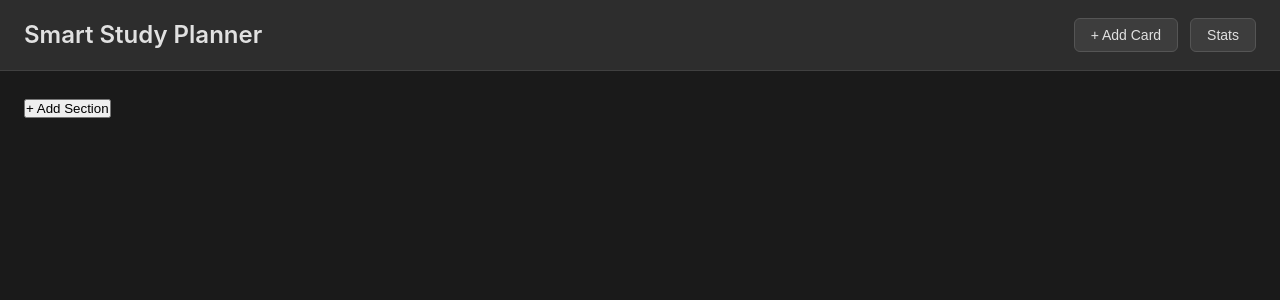
Repository: P7XCKD/edunetwebdev
Page: index.html
An editor plug-in stored every save of this project. The page is shown before and after the next save, followed by the edit.
The browser window is 1280 px wide. The pictures show the whole page.

Above is the page before, as saved 2025-09-10 17:50:52.
Console error: TypeError: Cannot read properties of null (reading 'querySelectorAll')

### index.html
<!DOCTYPE html>
<html lang="en">
<head>
    <meta charset="UTF-8">
    <meta name="viewport" content="width=device-width, initial-scale=1.0">
    <title>Smart Study Planner</title>
    <link rel="stylesheet" href="style.css">
</head>
<body>
    <div class="app-container">
        <header class="app-header">
            <h1>Smart Study Planner</h1>
            <div class="header-actions">
                <button id="addCardBtn" class="add-card-btn">+ Add Card</button>
                <button id="statsBtn" class="stats-btn">Stats</button>
            </div>
        </header>

        <main class="kanban-board" id="kanbanBoard">
            <!-- Columns will be dynamically generated -->
            <div class="add-column-section">
                <button class="add-column-btn" id="addColumnBtn">+ Add Section</button>
            </div>
        </main>
    </div>

    <!-- Column Edit Modal -->
    <div id="columnModal" class="modal">
        <div class="modal-content">
            <div class="modal-header">
                <h2 id="columnModalTitle">Add New Section</h2>
                <button class="close-btn" id="closeColumnModal">&times;</button>
            </div>
            <div class="modal-body">
                <form id="columnForm">
                    <div class="form-group">
                        <label for="columnName">Section Name *</label>
                        <input type="text" id="columnName" placeholder="e.g., To Do, In Progress, Review" required>
                    </div>

                    <div class="form-group">
                        <label for="columnColor">Section Color</label>
                        <select id="columnColor">
                            <option value="default">Default (Gray)</option>
                            <option value="blue">Blue</option>
                            <option value="green">Green</option>
                            <option value="orange">Orange</option>
                            <option value="purple">Purple</option>
                            <option value="red">Red</option>
                            <option value="teal">Teal</option>
                            <option value="pink">Pink</option>
                        </select>
                    </div>
                </form>
            </div>
            <div class="modal-footer">
                <button type="button" id="deleteColumn" class="delete-btn">DELETE SECTION</button>
                <div class="modal-actions">
                    <button type="button" id="cancelColumn" class="cancel-btn">CANCEL</button>
                    <button type="button" id="saveColumn" class="save-btn">SAVE</button>
                </div>
            </div>
        </div>
    </div>

    <!-- Card Modal -->
    <div id="cardModal" class="modal">
        <div class="modal-content">
            <div class="modal-header">
                <h2 id="modalTitle">Card Details</h2>
                <button class="close-btn" id="closeModal">&times;</button>
            </div>
            <div class="modal-body">
                <form id="cardForm">
                    <div class="form-group">
                        <label for="cardTitle">Title *</label>
                        <input type="text" id="cardTitle" required>
                    </div>

                    <div class="form-row">
                        <div class="form-group">
                            <label for="cardDueDate">Due date</label>
                            <input type="date" id="cardDueDate">
                        </div>
                        <div class="form-group">
                            <label for="cardPriority">Priority</label>
                            <select id="cardPriority">
                                <option value="low">Low</option>
                                <option value="medium" selected>Medium</option>
                                <option value="high">High</option>
                            </select>
                        </div>
                    </div>

                    <div class="form-group">
                        <label for="cardSubject">Subject</label>
                        <input type="text" id="cardSubject" placeholder="e.g., Mathematics, Physics">
                    </div>

                    <div class="form-group">
                        <label for="cardDescription">Description</label>
                        <textarea id="cardDescription" rows="4" placeholder="Add your study notes here..."></textarea>
                    </div>
                </form>
            </div>
            <div class="modal-footer">
                <button type="button" id="deleteCard" class="delete-btn">DELETE</button>
                <div class="modal-actions">
                    <button type="button" id="cancelCard" class="cancel-btn">CANCEL</button>
                    <button type="button" id="saveCard" class="save-btn">SAVE</button>
                </div>
            </div>
        </div>
    </div>

    <!-- Stats Modal -->
    <div id="statsModal" class="modal">
        <div class="modal-content">
            <div class="modal-header">
                <h2>Progress Statistics</h2>
                <button class="close-btn" id="closeStatsModal">&times;</button>
            </div>
            <div class="modal-body">
                <div class="stats-grid">
                    <div class="stat-card">
                        <div class="stat-number" id="totalCards">0</div>
                        <div class="stat-label">Total Cards</div>
                    </div>
                    <div class="stat-card">
                        <div class="stat-number" id="todoCards">0</div>
                        <div class="stat-label">To Do</div>
                    </div>
                    <div class="stat-card">
                        <div class="stat-number" id="inProgressCards">0</div>
                        <div class="stat-label">In Progress</div>
                    </div>
                    <div class="stat-card">
                        <div class="stat-number" id="completedCards">0</div>
                        <div class="stat-label">Completed</div>
                    </div>
                    <div class="stat-card">
                        <div class="stat-number" id="overdueCards">0</div>
                        <div class="stat-label">Overdue</div>
                    </div>
                </div>
            </div>
        </div>
    </div>

    <script src="script.js"></script>
</body>
</html>

### style.css
/* Dark theme CSS inspired by NotesHub */
* {
    margin: 0;
    padding: 0;
    box-sizing: border-box;
}

body {
    font-family: -apple-system, BlinkMacSystemFont, 'Segoe UI', Roboto, sans-serif;
    background-color: #1a1a1a;
    color: #e1e1e1;
    line-height: 1.6;
}

.app-container {
    min-height: 100vh;
    display: flex;
    flex-direction: column;
}

/* Header */
.app-header {
    background-color: #2d2d2d;
    padding: 16px 24px;
    border-bottom: 1px solid #404040;
    display: flex;
    justify-content: space-between;
    align-items: center;
}

.app-header h1 {
    color: #e1e1e1;
    font-size: 24px;
    font-weight: 600;
}

.header-actions {
    display: flex;
    gap: 12px;
}

.add-card-btn, .stats-btn {
    background-color: #3d3d3d;
    color: #e1e1e1;
    border: 1px solid #555;
    padding: 8px 16px;
    border-radius: 6px;
    cursor: pointer;
    font-size: 14px;
    transition: background-color 0.2s;
}

.add-card-btn:hover, .stats-btn:hover {
    background-color: #4d4d4d;
}

/* Kanban Board */
.kanban-board {
    flex: 1;
    display: flex;
    gap: 24px;
    padding: 24px;
    overflow-x: auto;
    min-height: calc(100vh - 80px);
}

.board-column {
    min-width: 300px;
    background-color: #2d2d2d;
    border-radius: 8px;
    display: flex;
    flex-direction: column;
}

.column-header {
    padding: 16px 20px;
    border-bottom: 1px solid #404040;
    display: flex;
    justify-content: space-between;
    align-items: center;
}

.column-header h3 {
    color: #e1e1e1;
    font-size: 16px;
    font-weight: 600;
}

.column-menu-btn {
    background: none;
    border: none;
    color: #999;
    cursor: pointer;
    font-size: 18px;
    padding: 4px;
    border-radius: 4px;
}

.column-menu-btn:hover {
    background-color: #404040;
    color: #e1e1e1;
}

.column-content {
    flex: 1;
    padding: 16px;
    display: flex;
    flex-direction: column;
    gap: 12px;
}

/* Study Cards */
.study-card {
    background-color: #3d3d3d;
    border: 1px solid #555;
    border-radius: 8px;
    padding: 16px;
    cursor: pointer;
    transition: all 0.2s;
}

.study-card:hover {
    background-color: #4d4d4d;
    border-color: #666;
}

.card-title {
    font-size: 16px;
    font-weight: 600;
    color: #e1e1e1;
    margin-bottom: 8px;
}

.card-meta {
    display: flex;
    align-items: center;
    gap: 8px;
    margin-bottom: 8px;
    flex-wrap: wrap;
}

.card-subject {
    background-color: #555;
    color: #e1e1e1;
    padding: 2px 8px;
    border-radius: 12px;
    font-size: 12px;
    font-weight: 500;
}

.card-due-date {
    display: flex;
    align-items: center;
    gap: 4px;
    color: #999;
    font-size: 12px;
}

.card-due-date.overdue {
    color: #ff6b6b;
    background-color: #ff6b6b20;
    padding: 2px 6px;
    border-radius: 4px;
}

.card-due-date.tomorrow {
    color: #ffa500;
    background-color: #ffa50020;
    padding: 2px 6px;
    border-radius: 4px;
}

.priority-tag {
    font-size: 10px;
    padding: 2px 6px;
    border-radius: 8px;
    font-weight: 600;
    text-transform: uppercase;
}

.priority-high {
    background-color: #ff4757;
    color: white;
}

.priority-medium {
    background-color: #ffa726;
    color: white;
}

.priority-low {
    background-color: #66bb6a;
    color: white;
}

.card-description {
    color: #bbb;
    font-size: 14px;
    line-height: 1.4;
    margin-top: 8px;
}

/* Add Card Button */
.add-card-column-btn {
    background: none;
    border: 2px dashed #555;
    color: #999;
    padding: 12px;
    border-radius: 8px;
    cursor: pointer;
    font-size: 14px;
    transition: all 0.2s;
    margin-top: auto;
}

.add-card-column-btn:hover {
    border-color: #777;
    color: #e1e1e1;
    background-color: #3d3d3d;
}

/* Modal Styles */
.modal {
    display: none;
    position: fixed;
    top: 0;
    left: 0;
    width: 100%;
    height: 100%;
    background-color: rgba(0, 0, 0, 0.7);
    z-index: 1000;
}

.modal-content {
    background-color: #2d2d2d;
    margin: 5% auto;
    padding: 0;
    border-radius: 8px;
    width: 90%;
    max-width: 600px;
    max-height: 90vh;
    overflow-y: auto;
}

.modal-header {
    padding: 20px 24px;
    border-bottom: 1px solid #404040;
    display: flex;
    justify-content: space-between;
    align-items: center;
}

.modal-header h2 {
    color: #e1e1e1;
    font-size: 20px;
    font-weight: 600;
}

.close-btn {
    background: none;
    border: none;
    color: #999;
    font-size: 24px;
    cursor: pointer;
    padding: 0;
    width: 32px;
    height: 32px;
    display: flex;
    align-items: center;
    justify-content: center;
    border-radius: 4px;
}

.close-btn:hover {
    background-color: #404040;
    color: #e1e1e1;
}

.modal-body {
    padding: 24px;
}

.form-group {
    margin-bottom: 20px;
}

.form-group label {
    display: block;
    margin-bottom: 8px;
    color: #e1e1e1;
    font-size: 14px;
    font-weight: 500;
}

.form-group input,
.form-group select,
.form-group textarea {
    width: 100%;
    padding: 12px;
    background-color: #3d3d3d;
    border: 1px solid #555;
    border-radius: 6px;
    color: #e1e1e1;
    font-size: 14px;
}

.form-group input:focus,
.form-group select:focus,
.form-group textarea:focus {
    outline: none;
    border-color: #007acc;
}

.form-group textarea {
    resize: vertical;
    min-height: 100px;
}

.form-row {
    display: grid;
    grid-template-columns: 1fr 1fr;
    gap: 16px;
}

.modal-footer {
    padding: 20px 24px;
    border-top: 1px solid #404040;
    display: flex;
    justify-content: space-between;
    align-items: center;
}

.modal-actions {
    display: flex;
    gap: 12px;
}

.delete-btn {
    background-color: #dc3545;
    color: white;
    border: none;
    padding: 10px 20px;
    border-radius: 6px;
    cursor: pointer;
    font-size: 14px;
    font-weight: 500;
    text-transform: uppercase;
}

.delete-btn:hover {
    background-color: #c82333;
}

.cancel-btn {
    background: none;
    border: 1px solid #555;
    color: #999;
    padding: 10px 20px;
    border-radius: 6px;
    cursor: pointer;
    font-size: 14px;
    font-weight: 500;
    text-transform: uppercase;
}

.cancel-btn:hover {
    background-color: #3d3d3d;
    color: #e1e1e1;
}

.save-btn {
    background-color: #28a745;
    color: white;
    border: none;
    padding: 10px 20px;
    border-radius: 6px;
    cursor: pointer;
    font-size: 14px;
    font-weight: 500;
    text-transform: uppercase;
}

.save-btn:hover {
    background-color: #218838;
}

/* Stats Modal */
.stats-grid {
    display: grid;
    grid-template-columns: repeat(auto-fit, minmax(150px, 1fr));
    gap: 20px;
}

.stat-card {
    background-color: #3d3d3d;
    border: 1px solid #555;
    border-radius: 8px;
    padding: 20px;
    text-align: center;
}

.stat-number {
    display: block;
    font-size: 32px;
    font-weight: 700;
    color: #007acc;
    margin-bottom: 8px;
}

.stat-label {
    color: #bbb;
    font-size: 14px;
    font-weight: 500;
}

/* Empty State */
.empty-column {
    text-align: center;
    padding: 40px 20px;
    color: #666;
}

/* Responsive Design */
@media (max-width: 768px) {
    .kanban-board {
        flex-direction: column;
        gap: 16px;
    }

    .board-column {
        min-width: unset;
    }

    .app-header {
        padding: 12px 16px;
        flex-direction: column;
        gap: 12px;
    }

    .header-actions {
        width: 100%;
        justify-content: center;
    }

    .form-row {
        grid-template-columns: 1fr;
    }

    .modal-content {
        width: 95%;
        margin: 2% auto;
    }

    .modal-footer {
        flex-direction: column;
        gap: 12px;
        align-items: stretch;
    }

    .modal-actions {
        justify-content: center;
    }
}

Loaded but not shown: script.js (465 lines, source omitted)

After the next save:
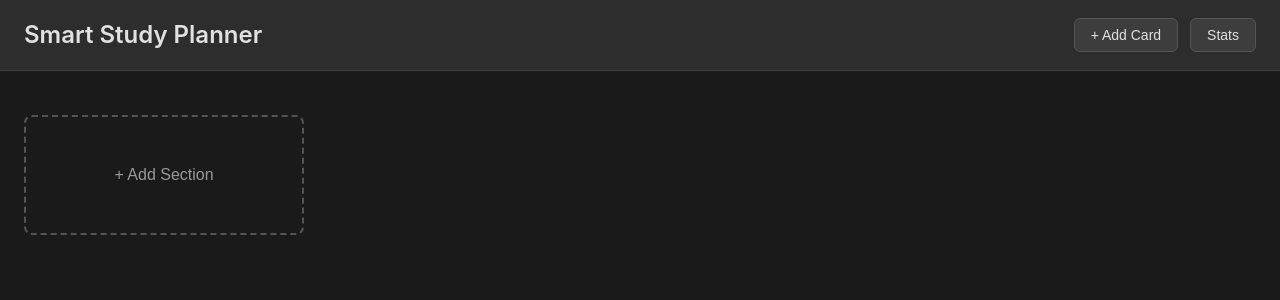
Saved 21 s later.
--- a/style.css
+++ b/style.css
@@ -72,6 +72,15 @@ body {
     flex-direction: column;
 }
 
+/* Column Colors */
+.board-column.color-blue { border-top: 3px solid #007acc; }
+.board-column.color-green { border-top: 3px solid #28a745; }
+.board-column.color-orange { border-top: 3px solid #ffa726; }
+.board-column.color-purple { border-top: 3px solid #8e24aa; }
+.board-column.color-red { border-top: 3px solid #dc3545; }
+.board-column.color-teal { border-top: 3px solid #20c997; }
+.board-column.color-pink { border-top: 3px solid #e91e63; }
+
 .column-header {
     padding: 16px 20px;
     border-bottom: 1px solid #404040;
@@ -84,19 +93,31 @@ body {
     color: #e1e1e1;
     font-size: 16px;
     font-weight: 600;
-}
-
-.column-menu-btn {
+    margin: 0;
+    flex: 1;
+}
+
+.column-header-actions {
+    display: flex;
+    gap: 8px;
+}
+
+.column-menu-btn, .column-edit-btn {
     background: none;
     border: none;
     color: #999;
     cursor: pointer;
-    font-size: 18px;
+    font-size: 16px;
     padding: 4px;
     border-radius: 4px;
-}
-
-.column-menu-btn:hover {
+    width: 28px;
+    height: 28px;
+    display: flex;
+    align-items: center;
+    justify-content: center;
+}
+
+.column-menu-btn:hover, .column-edit-btn:hover {
     background-color: #404040;
     color: #e1e1e1;
 }
@@ -107,6 +128,71 @@ body {
     display: flex;
     flex-direction: column;
     gap: 12px;
+}
+
+/* Add Column Section */
+.add-column-section {
+    min-width: 280px;
+    display: flex;
+    align-items: flex-start;
+    padding-top: 20px;
+}
+
+.add-column-btn {
+    background: none;
+    border: 2px dashed #555;
+    color: #999;
+    padding: 20px;
+    border-radius: 8px;
+    cursor: pointer;
+    font-size: 16px;
+    font-weight: 500;
+    width: 100%;
+    min-height: 120px;
+    transition: all 0.2s;
+    display: flex;
+    align-items: center;
+    justify-content: center;
+}
+
+.add-column-btn:hover {
+    border-color: #777;
+    color: #e1e1e1;
+    background-color: #2d2d2d;
+}
+
+/* Column Context Menu */
+.column-context-menu {
+    position: absolute;
+    background: #3d3d3d;
+    border: 1px solid #555;
+    border-radius: 6px;
+    padding: 8px 0;
+    z-index: 1001;
+    min-width: 180px;
+    box-shadow: 0 4px 12px rgba(0,0,0,0.3);
+}
+
+.column-context-menu-item {
+    padding: 10px 16px;
+    color: #e1e1e1;
+    cursor: pointer;
+    font-size: 14px;
+    display: flex;
+    align-items: center;
+    gap: 8px;
+}
+
+.column-context-menu-item:hover {
+    background-color: #4d4d4d;
+}
+
+.column-context-menu-item.danger {
+    color: #ff6b6b;
+}
+
+.column-context-menu-item.danger:hover {
+    background-color: #ff6b6b20;
 }
 
 /* Study Cards */
